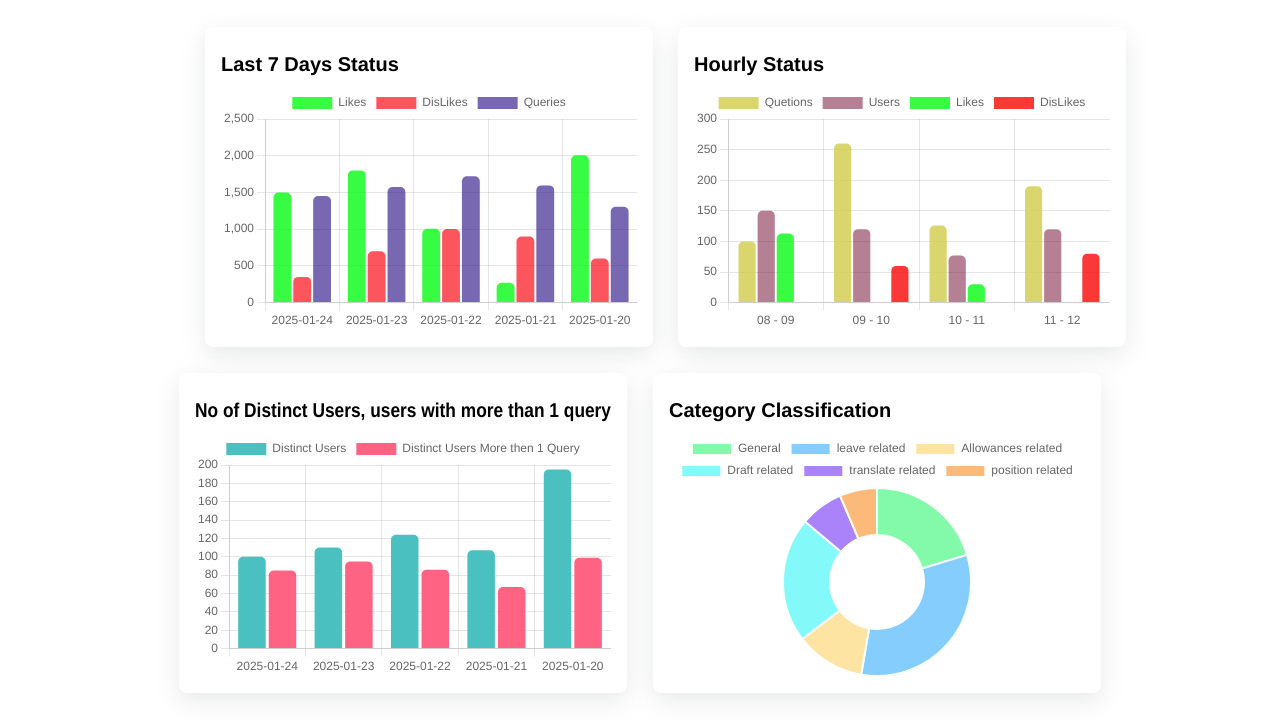
Repository: NAGARAJ-DEVELOPER/Dashboard
Page: /
An editor plug-in stored every save of this project. The page is shown before and after the next save, followed by the edit.
The browser window is 1280 px wide. The pictures show the whole page.
The project was rebuilt for these pictures with package versions that can differ from the ones it lists, and the page was loaded fresh each time. Also part of the build but not shown: vite.config.js.

Above is the page before, as saved 2025-02-12 00:15:24.

After the next save:
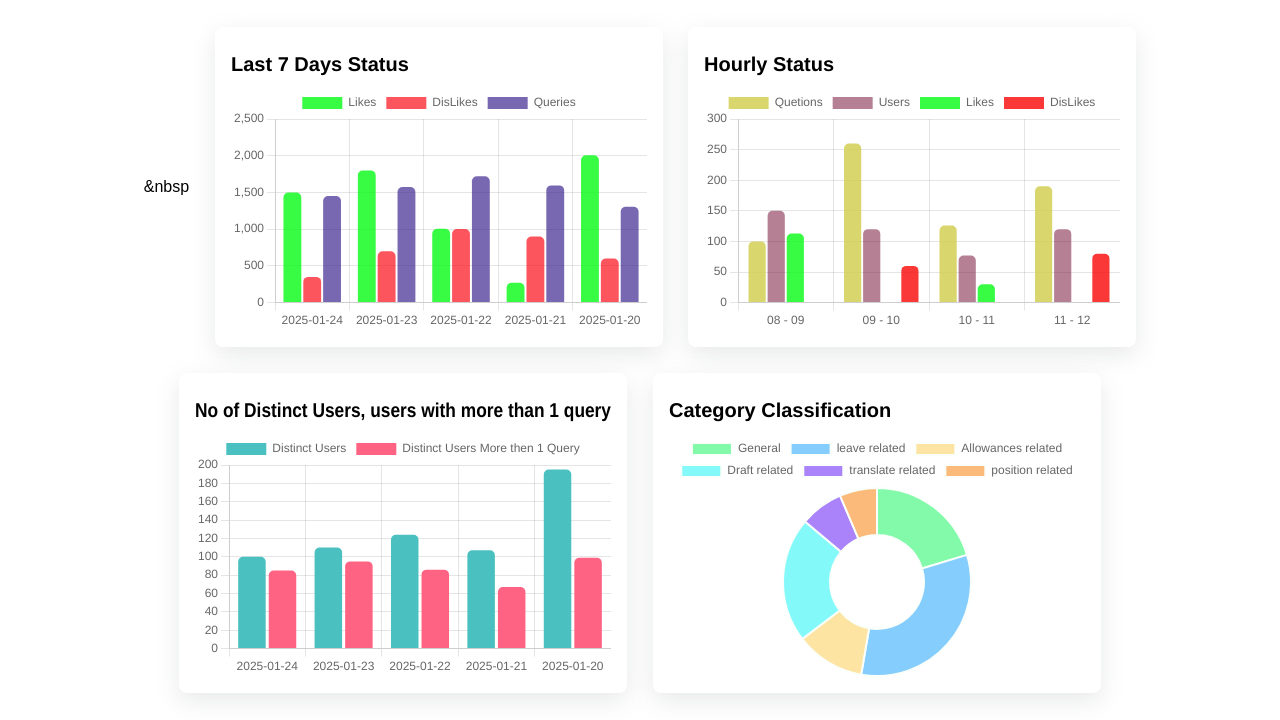
Saved 16 s later.
--- a/src/App.jsx
+++ b/src/App.jsx
@@ -25,8 +25,7 @@ export const App = () => {
   return (
 
     <div className="App">
-    <div></div>
-    <div></div>
+    &nbsp
         <div className="dataCard categoryCard">
         <Bar
           data={{
